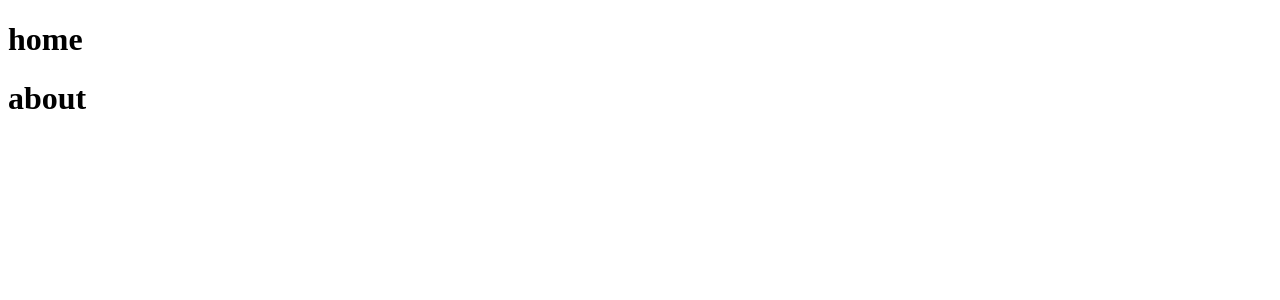
Repository: toufik17/vuejs
Page: /about
An editor plug-in stored every save of this project. The page is shown before and after a run of saves, followed by the edit.
The browser window is 1280 px wide. The pictures show the whole page.
The project was rebuilt for these pictures with package versions that can differ from the ones it lists, and the page was loaded fresh each time.

Above is the page before, as saved 2019-03-06 09:28:46.

### src/main.js
import Vue from 'vue'
import App from './App.vue'
import VueRouter from 'vue-router'

Vue.use(VueRouter);

Vue.config.productionTip = false

new Vue({
  render: h => h(App),
}).$mount('#app')

### src/App.vue
<template>
  <div id="app">
    <Home />
    <About />
  </div>
</template>

<script>
import Home from './components/Home'
import About from './components/About'
export default {
  name: 'app',
  components: {
    Home,
    About
  }
}
</script>

<style>

</style>

### src/components/Home.vue
<template>
    <h1>home</h1>
</template>

### src/components/About.vue
<template>
    <h1>about</h1>
</template>

Loaded but not shown: public/index.html (common file)

After the next 5 saves:
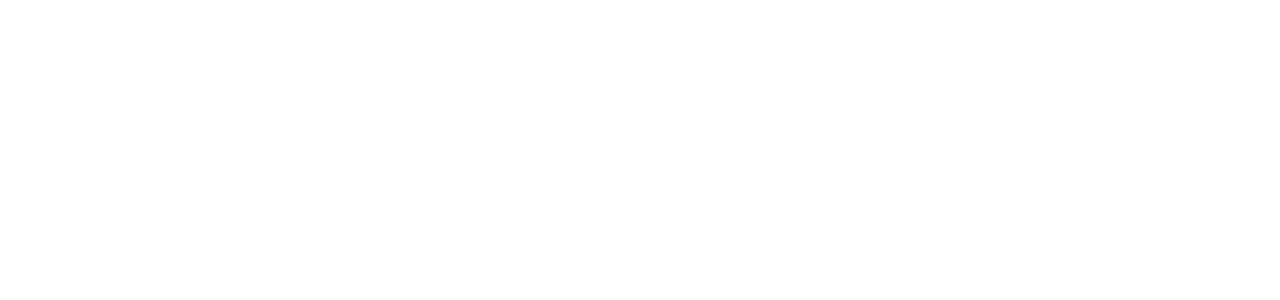
Console error: ReferenceError: tou is not defined
The 5 saves are shown as one change because 1 did not build or start and some came seconds apart.
The last was saved 28 s later.
--- a/src/main.js
+++ b/src/main.js
@@ -4,6 +4,9 @@
 
 Vue.use(VueRouter);
 
+const Router = new VueRouter({
+  tou
+})
 Vue.config.productionTip = false
 
 new Vue({

After the 3 saves that followed:
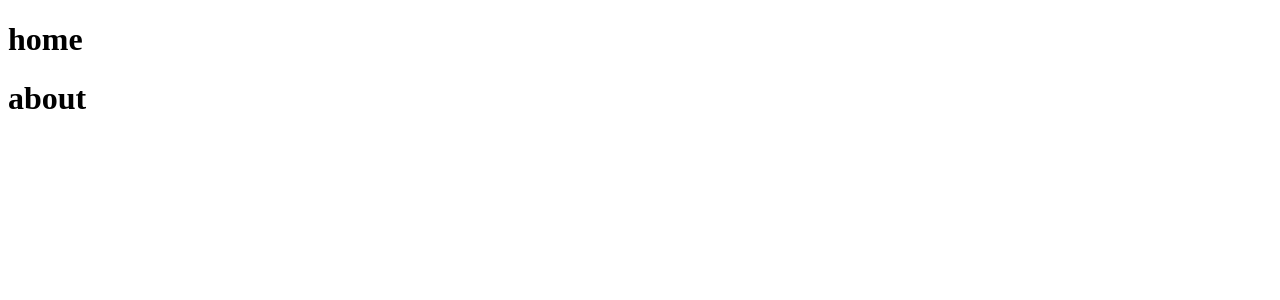
The error is gone.
The 3 saves are shown as one change because 1 did not build or start and some came seconds apart.
The last was saved 13 s later.
--- a/src/main.js
+++ b/src/main.js
@@ -5,7 +5,7 @@
 Vue.use(VueRouter);
 
 const Router = new VueRouter({
-  tou
+  routes : []
 })
 Vue.config.productionTip = false
 
